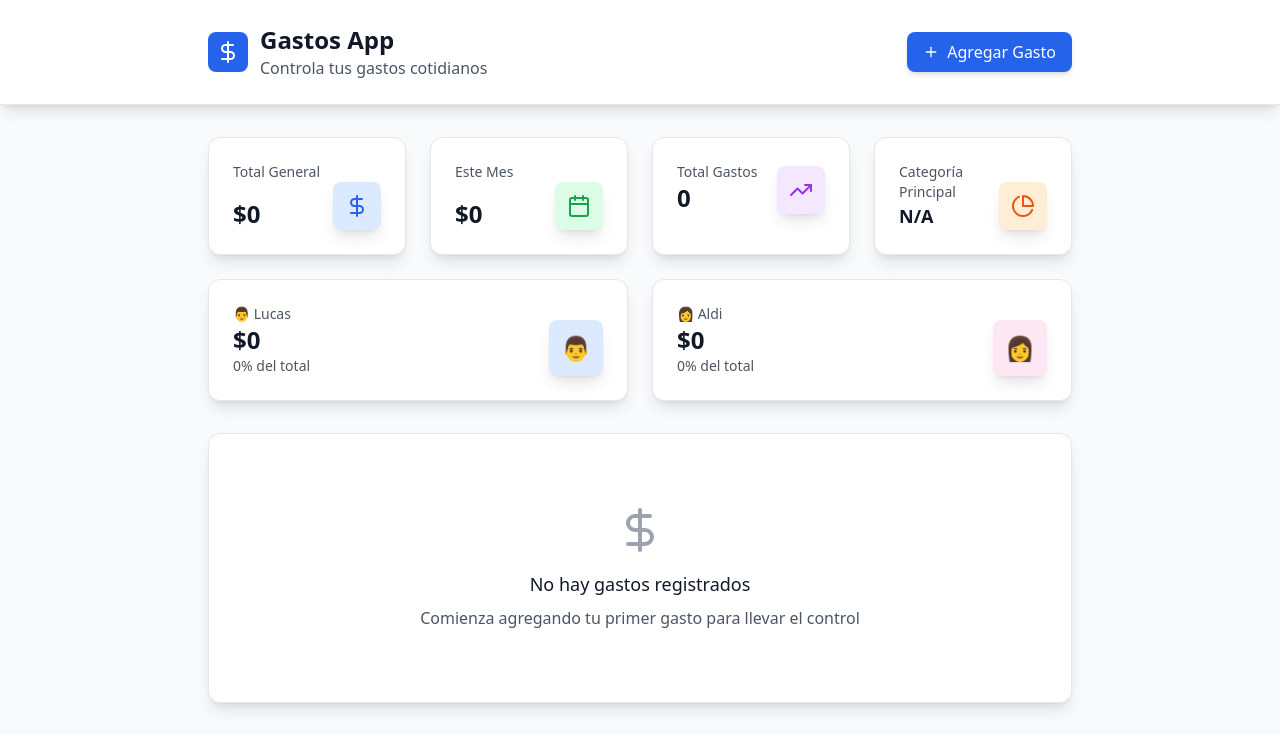
Repository: lucastenaglia/Gastosapp
Page: /
An editor plug-in stored every save of this project. The page is shown before and after the next save, followed by the edit.
The browser window is 1280 px wide. The pictures show the whole page.
The page's requests for data from a server got no answer. The project was rebuilt for these pictures with package versions that can differ from the ones it lists, and the page was loaded fresh each time. No one was signed in, and anything a server would have sent is missing. Also part of the build but not shown: vite.config.js, src/components/ExpenseForm.jsx.

Above is the page before, as saved 2025-08-03 21:36:21.

After the next save:
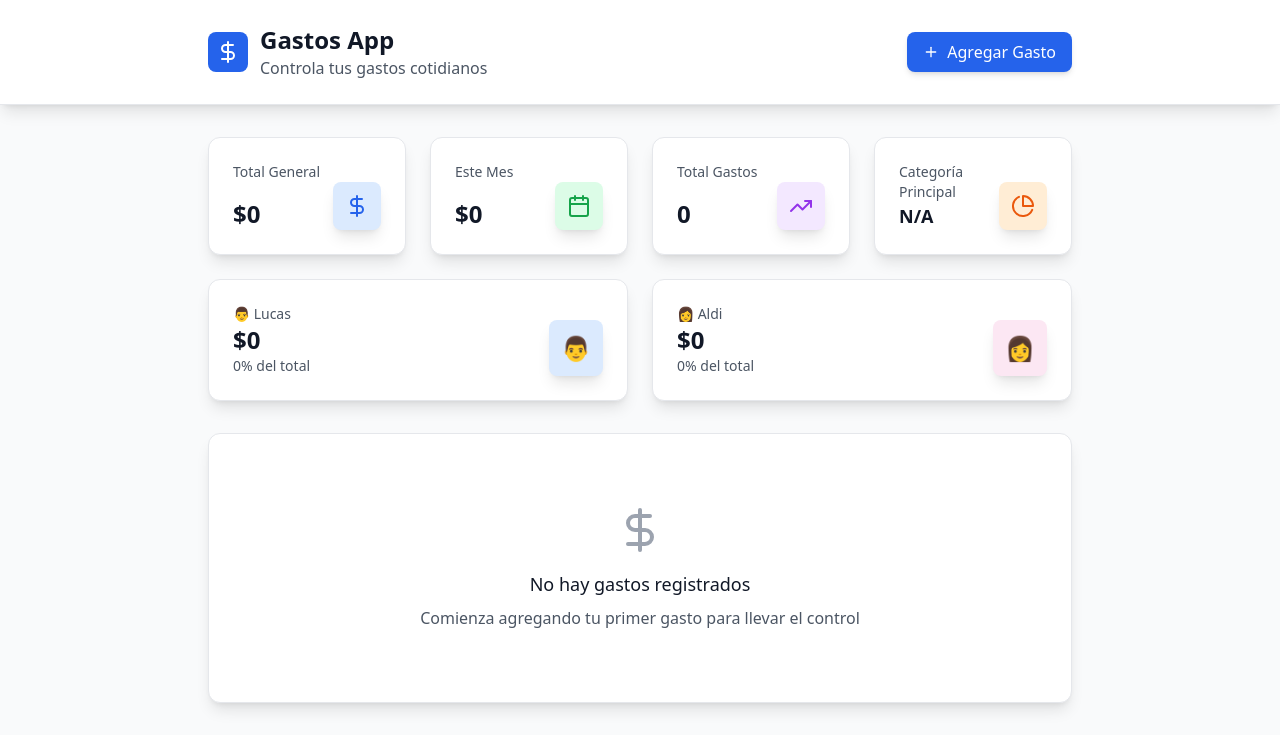
Saved 9 s later.
--- a/src/components/ExpenseSummary.jsx
+++ b/src/components/ExpenseSummary.jsx
@@ -71,15 +71,15 @@ const ExpenseSummary = ({ expenses }) => {
 
                  {/* Total de Gastos */}
          <div className="card relative p-4 sm:p-6">
-           <div className="flex items-end justify-between">
-             <div>
-               <p className="text-xs sm:text-sm font-medium text-gray-600">Total Gastos</p>
+           <div>
+             <p className="text-xs sm:text-sm font-medium text-gray-600">Total Gastos</p>
+             <div className="flex items-end justify-between">
                <p className="text-lg sm:text-2xl font-bold text-gray-900">
                  {expenses.length}
                </p>
-             </div>
-             <div className="bg-purple-100 p-2 sm:p-3 rounded-lg shadow-lg">
-               <TrendingUp className="h-4 w-4 sm:h-6 sm:w-6 text-purple-600" />
+               <div className="bg-purple-100 p-2 sm:p-3 rounded-lg shadow-lg">
+                 <TrendingUp className="h-4 w-4 sm:h-6 sm:w-6 text-purple-600" />
+               </div>
              </div>
            </div>
          </div>
